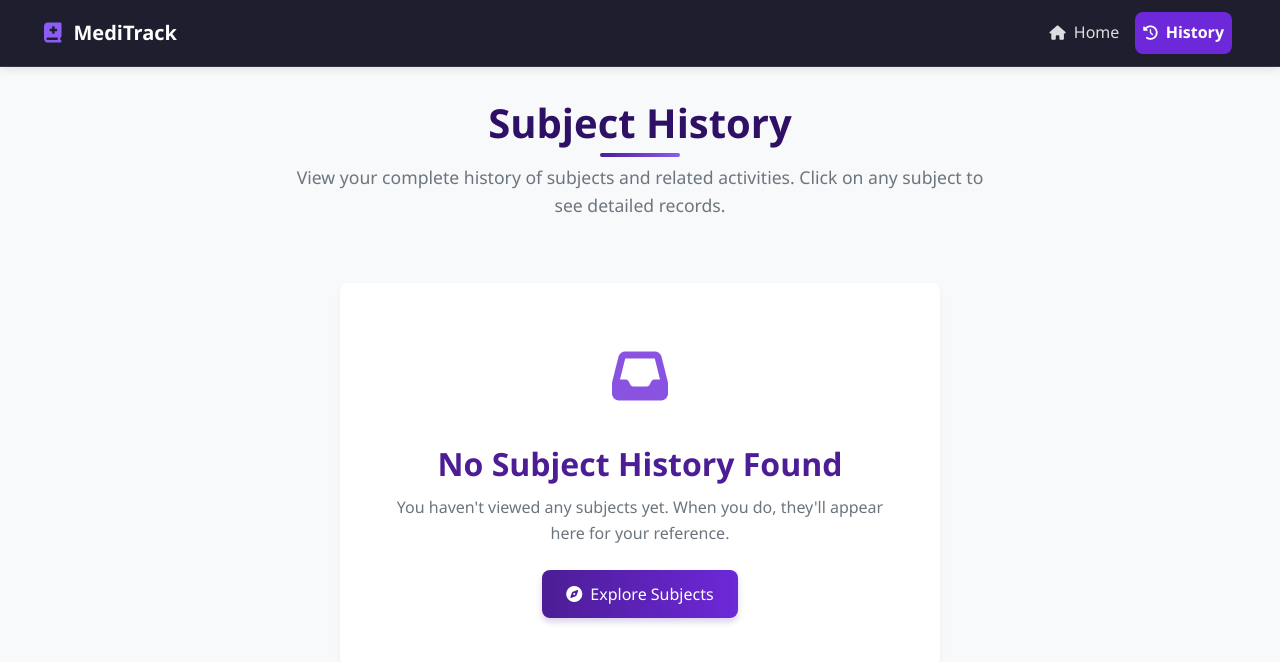
Repository: krishgobi/MedicoApp
Page: templates/subject_history.html
An editor plug-in stored every save of this project. The page is shown before and after a run of saves, followed by the edit.
The browser window is 1280 px wide. The pictures show the whole page.
The page is served by the project's application, run on Flask 3 (chatbot_gemini_backend.py). The template is opened directly, without the code that normally fills it, so the values that code supplies are empty.

Above is the page before, as saved 2025-06-24 18:37:52.

After the next 3 saves:
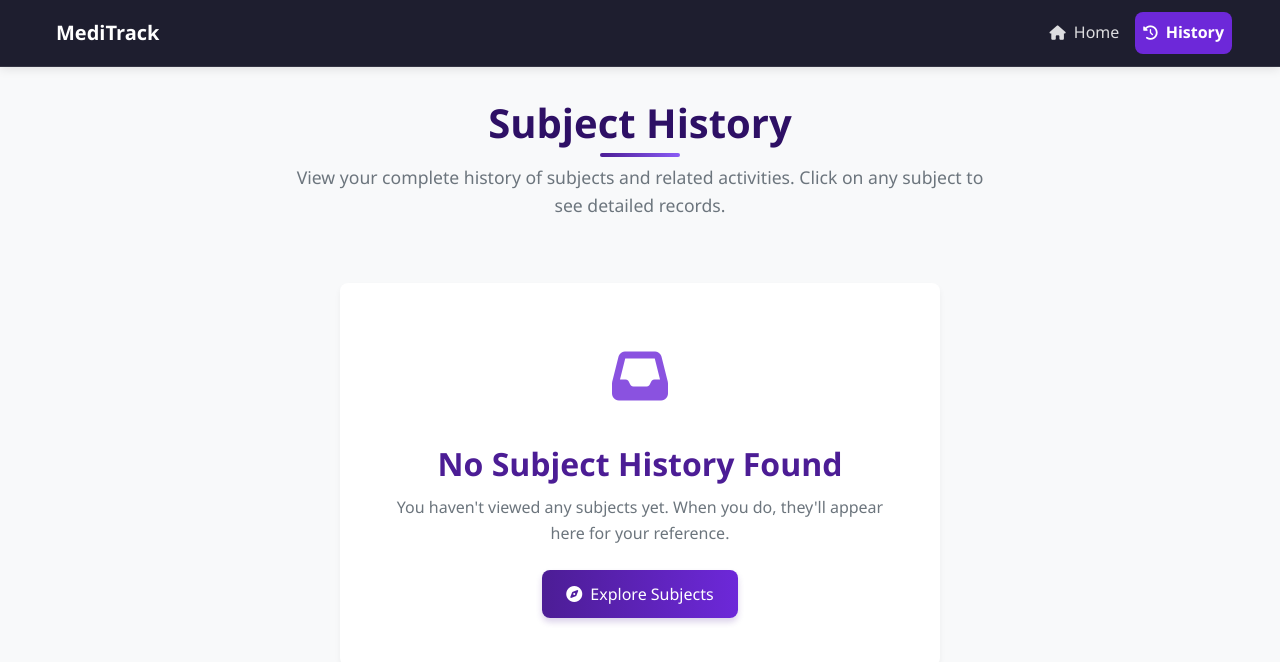
The 3 saves are shown as one change because they came seconds apart.
The last was saved 45 s later.
--- a/templates/subject_history.html
+++ b/templates/subject_history.html
@@ -336,7 +336,7 @@
     <nav class="top-navbar navbar navbar-expand-lg navbar-dark">
         <div class="container-fluid">
             <a class="navbar-brand" href="#">
-                <i class="fas fa-book-medical"></i>MediTrack
+                <i class="fas heartbeat"></i>MediTrack
             </a>
             <button class="navbar-toggler" type="button" data-bs-toggle="collapse" data-bs-target="#navbarNav">
                 <span class="navbar-toggler-icon"></span>
